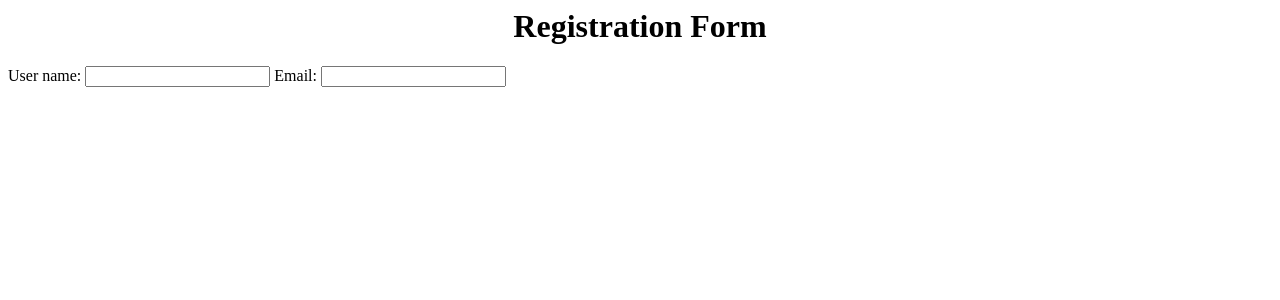
Repository: shiv-30/Spring-Boot-Projects
Page: springsecurity/src/main/resources/static/login.html
The author's editor kept a copy of each file at every save. The page is drawn from the files as they stood at one save, then again after the next save.
The browser window is 1280 px wide. The pictures show the whole page.

Above is the page before, as saved 2022-08-11 06:29:01.

After the next save:
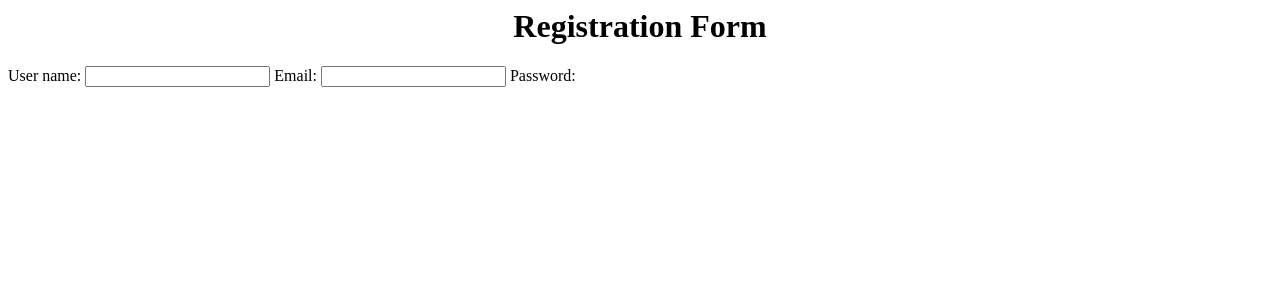
Saved 5 s later.
--- a/springsecurity/src/main/resources/static/login.html
+++ b/springsecurity/src/main/resources/static/login.html
@@ -8,7 +8,7 @@
 		<form method="POST" action="">
 			User name: <input name="username" type="text" required>
 			Email: <input name="email" type="email" required>
-
+			Password:
 		</form>
 	</body>
 </html>
